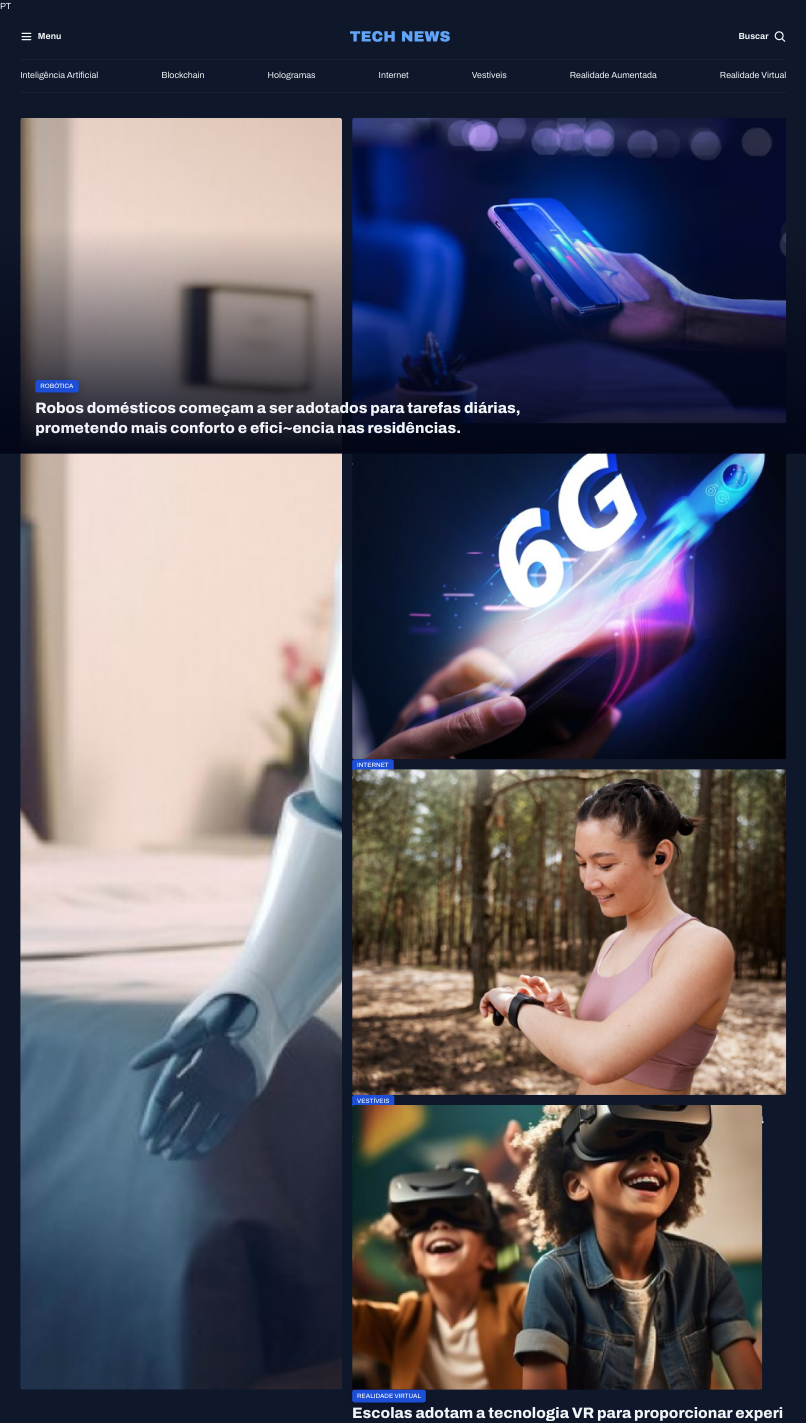
Repository: JeffRodFer/portalDeNoticias
Page: index.html
These files come from the project's save history. The page is drawn as it stood at one moment and after the next save; the edit follows.
The browser window is 1280 px wide. The pictures show the whole page, at 63% of full size.

Above is the page before, as saved 2025-04-15 22:01:57.

### index.html
PT<!DOCTYPE html>
<html lang="pt-BR">
  <head>
    <link rel="preconnect" href="https://fonts.googleapis.com">
  <link rel="preconnect" href="https://fonts.gstatic.com" crossorigin>
  <meta charset="UTF-8">
  <meta name="viewport" content="width=device-width, initial-scale=1.0">
  <title>Portal de Notícias</title>
  <link rel="stylesheet" href="styles/index.css">

  <link href="https://fonts.googleapis.com/css2?family=Archivo:ital,wght@0,100..900;1,100..900&family=Bree+Serif&family=Poppins:wght@400;700&display=swap" rel="stylesheet">

</head>
<body>
  <header class="container">
    <nav id="primary" class="grid grid-flow-col">
      <div>
        <img src="assets/icons/List.svg" alt="ícone de menu">
        <strong>Menu</strong>
      </div>
        <div>
          <img src="assets/Logo (1).svg" alt="TechNews logo">
        </div>
        <div>
          <strong>Buscar</strong>
          <img src="assets/icons/MagnifyingGlass.svg" alt="ícone de lupa para pesquisa">
        </div>
    </nav>
    <nav id="secondary" class="grid grid-flow-col">
      <a href="#">Inteligência Artificial</a>
      <a href="#">Blockchain</a>
      <a href="#">Hologramas</a>
      <a href="#">Internet</a>
      <a href="#">Vestíveis</a>
      <a href="#">Realidade Aumentada</a>
      <a href="#">Realidade Virtual</a>
    </nav>
  </header>
  <main class="grid container">
    <section id="featured" class="grid grid-flow-col gap-16">
      <figure class="card">
        <img src="assets/images/Image 01.png" alt="">

        <figcaption>
          <span class="content-tag">robótica</span>
          <h2 class="text-2xl">
            Robos domésticos começam a ser adotados para tarefas diárias, <br> prometendo mais conforto e efici~encia nas residências.
          </h2>
        </figcaption>
      </figure>
      <div class="grid grid cols-2 gap-16">
        <figure>
          <img src="assets/images/Image 02.png" alt="Novo Smartphone Projetor 3D chega ao mercado, transformando a forma como vemos as nossas telas!">

          <figcaption>
            <span class="content-tag">Hologramas</span>
            <h2 class="text-2xl">
              Novo Smartphone Projetor 3D chega ao mercado, transformando a forma como vemos as nossas telas!
            </h2>
          </figcaption>
        </figure>
        <figure>
          <img src="assets/images/Image 03.png" alt="">

          <figcaption>
            <span class="content-tag">Internet</span>
            <h2 class="text-2xl">
            Tecnologia 3D chega as metropoles brasileiras, prometendo revolucionar a forma como vivemos e nos comunicamos.
            </h2>
          </figcaption>
      </figure>
        <figure>
          <img src="assets/images/Image 04.png" alt="">

          <figcaption>
            <span class="content-tag">Vestíveis</span>
            <h2 class="text-2xl">
            Empresa lança relógio inteligente capaz de monitorar a saúde mental, oferecendo insights valiosos para os médicos.
            </h2>
          </figcaption>
        </figure>
        <figure>
          <img src="assets/images/Image 05.png" alt="">

          <figcaption>
            <span class="content-tag">Realidade Virtual</span>
            <h2 class="text-2xl">
            Escolas adotam a tecnologia VR para proporcionar experi
            </h2>
          </figcaption>
        </figure>
      </div>
    </section>
  </main>
</body>
</html>

### styles/global.css
* {
  margin: 0;
  padding: 0;
  box-sizing: border-box;
}

:root {
  --brand-color-light: #60a5fa ;
  --brand-color-dark: #1d4ed8;
  --bg-color: #0f172a;
  --stroke-color: #1e293b;
  --text-color-primary: #f1f5f9;
  --text-color-secondary: #cbd5e1;

  --font-family: 'Archivo', sans-serif;
  --h1: 800 24px/135% var(--font-family);
  --h2: 800 16px/140% var(--font-family);
  --h3: 800 14px/140% var(--font-family);
  --text-span: 400 16px/140% var(--font-family);
  --text: 400 14px/160% var(--font-family);

}

body {
  font: var(--text);
  color: var(--text-color-primary);
  background-color: var(--bg-color);
}

a {
  text-decoration: none;
  color: inherit;
}

a:hover {
  color: var(--brand-color-light);
}

h1,h2,h3 {
  font:inherit;
}

img {
  max-width: 100%;
}

.container {
  max-width: 1280px;
  padding-inline: 32px;
  margin-inline: auto;
}
main {
  margin-top: 40px ;
}
.content-tag {
  display: inline-block;
  background-color: var(--brand-color-dark);
  padding: 4px 8px;
  border-radius: 4px;
  font: 500 10px/1.2 var(--font-family);
  text-transform: uppercase;
  color: var(--text-color-primary);
  box-shadow: 0px 4px 16px rgba(2, 3, 23, 0.251);
}

### styles/utility.css
/* utility-first */
.grid {
  display: grid;
}
.grid-flow-col {
  grid-auto-flow: column;
}

.grid-cols-2 {
  grid-template-columns: 1fr 1fr;
}

.gap-16 {
  gap: 16px;
}

.text-2xl {
  font: var(--h1);
}
.text-2x {
  font: var(--h2);
}
.text-lg {
  font: var(--h3);
}
.text-sm {
  font: var(--text-sm);
}

### styles/header.css
#primary {
  padding-block: 20px;

  div {
    display: flex;
    align-items: center;
    gap: 8px;
  }

  /* nesting css */
  div:nth-child(2) {
    margin-inline: auto;
}
div:nth-child(3) {
  justify-self: end;
}
}
#secondary {
  padding-block: 14px;
  border: solid 1px var(--stroke-color);
  border-inline: none;
  justify-content: space-between;
}

### styles/sections.css
#featured {
  img {
    height: 100%;
    object-fit: cover;
    border-radius: 4px;
  }
.card {
  border-radius: 4px;
  overflow: hidden;
  object-fit: relative;

  &::before {
   content: "";
   position: absolute;
   inset: 0;
   top: 50%;
   background: linear-gradient(
    180deg,
    transparent 0%,
    #020617 100%
   );
  }
  figcaption {
    position: absolute;
    bottom: 0;

    padding: 24px;

    h2 {
      margin-top: 8px;
    }
  }
}
}

Loaded but not shown: styles/index.css (common file)

After the next save:
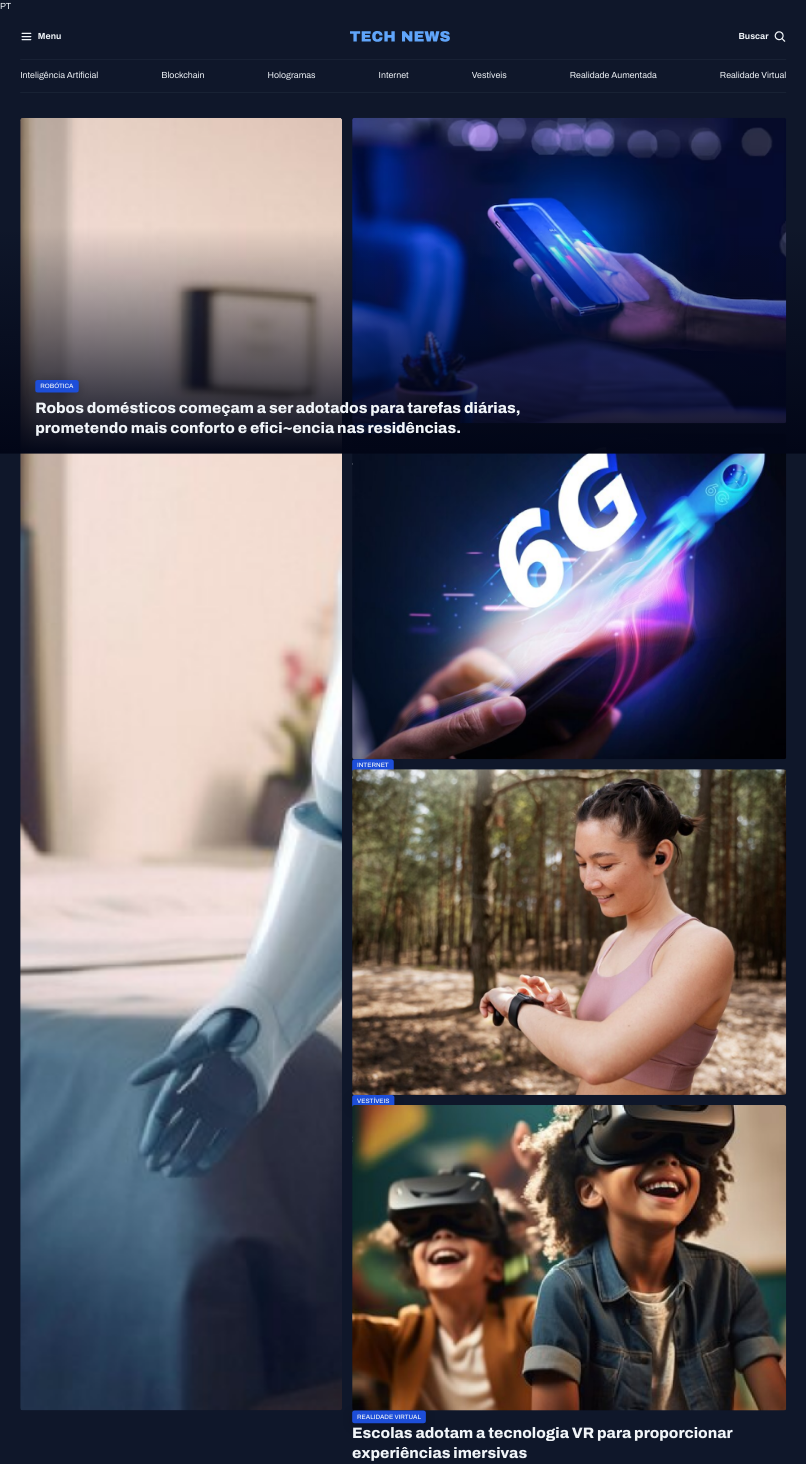
Saved 7 s later.
--- a/index.html
+++ b/index.html
@@ -85,7 +85,7 @@ PT<!DOCTYPE html>
           <figcaption>
             <span class="content-tag">Realidade Virtual</span>
             <h2 class="text-2xl">
-            Escolas adotam a tecnologia VR para proporcionar experi
+            Escolas adotam a tecnologia VR para proporcionar experiências imersivas
             </h2>
           </figcaption>
         </figure>
